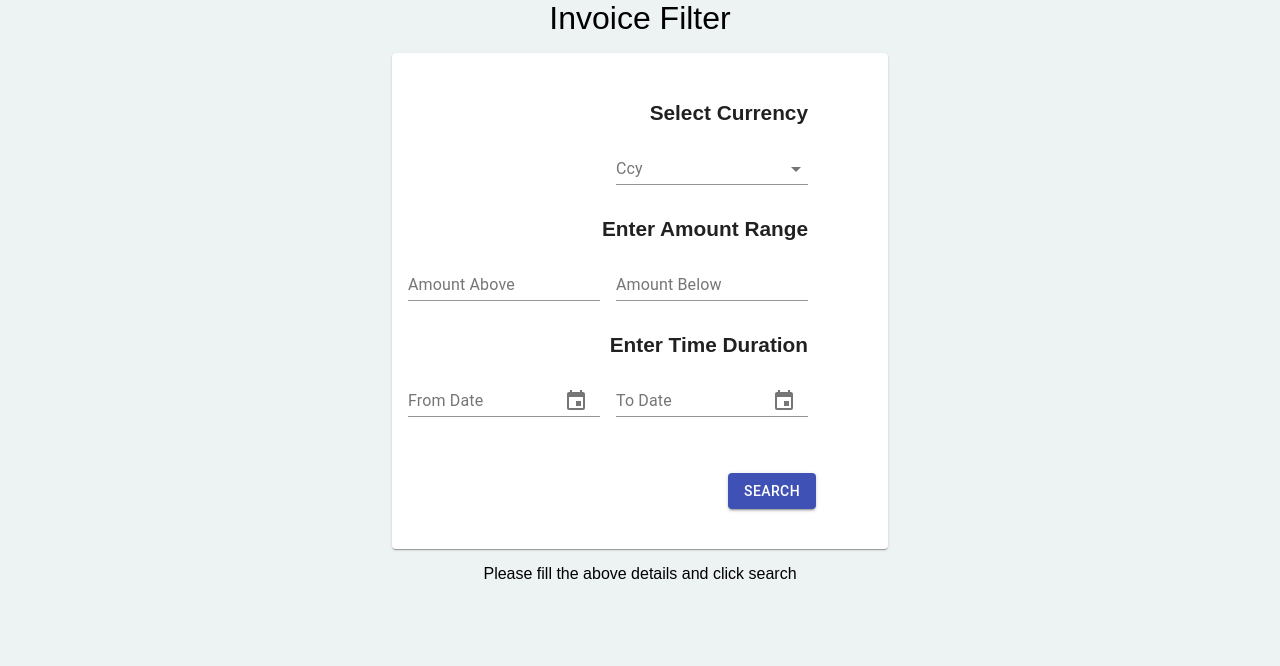
Repository: AmanullaChishty/filter
Page: /
An editor plug-in stored every save of this project. The page is shown before and after the next save, followed by the edit.
The browser window is 1280 px wide. The pictures show the whole page.
The project was rebuilt for these pictures with package versions that can differ from the ones it lists, and the page was loaded fresh each time.

Above is the page before, as saved 2020-01-26 22:30:01.

### src/index.js
import React from 'react';
import ReactDOM from 'react-dom';

// Required for Redux store setup
import { Provider } from 'react-redux'
import configureStore from './store';

import './index.css';
import App from './App';
import registerServiceWorker from './registerServiceWorker';

ReactDOM.render(
  <Provider store={configureStore()}>
    <App />
  </Provider>,
  document.getElementById('root')
);
registerServiceWorker();

### src/store.js
import { createStore, applyMiddleware } from 'redux';
import thunk from 'redux-thunk';
import rootReducer from './reducers/rootReducer';

export default function configureStore(initialState={}) {
  return createStore(
    rootReducer,
    applyMiddleware(thunk)
  );
}

### src/App.js
import React, { Component } from 'react';
import './App.css';
import GridList from './gridList'
import SearchBar from './searchBar/components/searchBar';



/**
 * @class App
 * @extends {Component}
 */
class App extends Component {



  /**
   * @memberof App
   * @summary handles button click
   */


  render() {
    return (
      <div className="App">
        <span className="header">Invoice Filter</span>
        <SearchBar/>
        <div className='grid'>
        <GridList/>
        </div>

      </div>
    );
  }
}

export default App;

### src/reducers/rootReducer.js
import { combineReducers } from 'redux';
import searchReducer from '../searchBar/reducers/searchReducer'

export default combineReducers({
  searchReducer
});

### src/App.css
body{

  background-color: #edf2f2;
}
.App{
  text-align: center;
}
.header{
  font-size: 2em;
  font-weight: 500;
}
.grid{

  /* display: flex;
  width:100%;
  justify-content: center;
  align-items: center; */
}

### src/gridList.js
import React, { Component } from 'react';
import { connect } from 'react-redux';
import MUIDataTable from "mui-datatables";
import { getSearchCriteria, getSearchData } from './searchBar/selectors/searchSelectors';


const headers = [{ name: "invoice_id", label: "Invoice id", options: { filter: true, sort: true, } },{ name: "reference", label: "Reference", options: { filter: true, sort: true, } },
{ name: "maturity_date", label: "Maturity Date", options: { filter: true, sort: true, } },{ name: "invoice_amount", label: "Invoice Amount", options: { filter: true, sort: true, } },
{ name: "ccy", label: "CCY", options: { filter: true, sort: true, } },{ name: "buyer", label: "Buyer", options: { filter: true, sort: true, } },
{ name: "supplier", label: "Supplier", options: { filter: true, sort: true, } },{ name: "invoice_date", label: "Invoice Date", options: { filter: true, sort: true, } },]

const options = {
  filterType: "checkbox",
  responsive: "stacked",
}

class GridList extends Component {
  render() {
    const {result,seacrhedData} = this.props;

    if(seacrhedData){
      if(seacrhedData.startDate){
        let date=new Date(seacrhedData.startDate)
        let yyyy = date.getFullYear();
        let mm =date.getMonth()+1
        let dd=date.getDate();
        seacrhedData.startDate = dd+'/'+ mm +'/'+yyyy;

      }
      if(seacrhedData.endDate){
        let date=new Date(seacrhedData.endDate)
        let yyyy = date.getFullYear();
        let mm =date.getMonth()+1
        let dd=date.getDate();
        seacrhedData.endDate = dd+'/'+ mm +'/'+yyyy;

      }
    }
    const title=('Currency '+seacrhedData.ccy + ' Invoices with value between '+ seacrhedData.ccy+ ' '+ seacrhedData.lowerLimit +' - '+ seacrhedData.upperLimit +' maturing between '+seacrhedData.startDate+' and '+ seacrhedData.endDate)

    if(result.length>0){
      result.forEach(item=>{
        if(item.maturity_date){
          let date=new Date(item.maturity_date*1000)
          let yyyy = date.getFullYear();
          let mm =date.getMonth()+1
          let dd=date.getDate();
            item.maturity_date = dd+'/'+ mm +'/'+yyyy;

        }
      })
    }
    return (
     <div>
       {result.length>0?(<MUIDataTable
            title={title}
            data={result}
            columns={headers}
            options={options}
          />):'Please fill the above details and click search'}
     </div>
    );
  }
}


const mapStateToProps=state=> {
  return {
      result: getSearchData(state),
      seacrhedData:getSearchCriteria(state)
      };
}


export default connect(mapStateToProps)(GridList);

### src/searchBar/components/searchBar.js
import React, { Component, Fragment } from 'react';
import { connect } from 'react-redux';
import { bindActionCreators } from 'redux';
import { fetchData } from '../actions/fetchData';
import { search } from '../actions/searchAction';
import { getData, getSearchData } from '../selectors/searchSelectors';
import InputLabel from '@material-ui/core/InputLabel';
import MenuItem from '@material-ui/core/MenuItem';
import FormControl from '@material-ui/core/FormControl';
import Select from '@material-ui/core/Select';
import { Grid, Card, CardContent,CardActions, Input, Button, InputAdornment } from '@material-ui/core';
import DateFnsUtils from '@date-io/date-fns';
import { KeyboardDatePicker, MuiPickersUtilsProvider } from "@material-ui/pickers";
import 'date-fns';


class SearchBar extends Component {

  constructor(props){
    super(props);
    this.handleChange=this.handleChange.bind(this)
    this.setLowerLimit=this.setLowerLimit.bind(this)
    this.setUpperLimit=this.setUpperLimit.bind(this)
    this.setStartDate=this.setStartDate.bind(this)
    this.setEndDate=this.setEndDate.bind(this)
    this.submitSearch=this.submitSearch.bind(this)
    this.state = {
      ccy:'',
      lowerLimit:'',
      upperLimit:'',
      startDate:null,
      endDate:null,
      storeStartDate:null,
      storeEndDate:null

    }
  }

  componentDidMount() {

    }



  handleChange(event){
    let val = event.target.value
      this.setState({ccy:val})
  };

  setLowerLimit(event){
    let val = event.target.value
    this.setState({lowerLimit:val});
  }

  setUpperLimit(event){
    let val = event.target.value
    this.setState({upperLimit:val})

  }
  setStartDate(event){
    let val = Math.floor(event.getTime()/1000)
    this.setState({storeStartDate:val})
    this.setState({startDate:event})

  }

  setEndDate(event){
    let val = Math.floor(event.getTime()/1000)
    this.setState({storeEndDate:val})
    this.setState({endDate:event})

  }

  submitSearch(){
    const { fetchAllData,searchData } = this.props;
    fetchAllData();
    setTimeout(()=>{searchData(this.state)},100)

  }


  render() {
    const sectionGrid={ display: 'flex', justifyContent: 'end', alignItems: 'end', flexDirection: 'column', marginBottom: '2em' }
    const sectionLabel = { fontSize: '1.3em', fontWeight: 'bold', marginBottom: '-.2em' }
    const innerSection={ display: 'flex', justifyContent: 'center', alignItems: 'center', }
    const formControlStyle={ width: '12em', marginTop: '1em' }
    const formControlStyleLeft={ width: '12em', marginTop: '1em', marginLeft: '1em' }
    const {ccy,lowerLimit,upperLimit,startDate,endDate} = this.state

    return (
      <Grid style={{display:'flex',justifyContent:'center',alignItems:'center',flexDirection:'column'}}>
    <Card style={{maxWidth:400,width:'100%',padding:'2em 4em 2em 2em',margin:'1em 0'}}>
      <CardContent>
            <Grid style={sectionGrid}>
              <span style={sectionLabel}>Select Currency</span>
              <FormControl style={formControlStyle} >

                <InputLabel id="ccy">
                  Ccy
                </InputLabel>
                <Select
                  labelId="ccy"
                  id="simple-select"
                  value={ccy}
                  onChange={this.handleChange}>
                  <MenuItem value={'USD'}>USD</MenuItem>
                  <MenuItem value={'INR'}>INR</MenuItem>
                  <MenuItem value={'JPY'}>JPY</MenuItem>
                  <MenuItem value={'RYD'}>RYD</MenuItem>
                </Select>
              </FormControl>
            </Grid>

            <Grid style={sectionGrid}>
              <span style={sectionLabel}>Enter Amount Range</span>
              <Grid style={innerSection}>
                <FormControl style={formControlStyle} >

                  <InputLabel id="ccy">
                    Amount Above
                  </InputLabel>
                  <Input
                  type='number'
                  value={lowerLimit}
                  startAdornment={ccy!==''?(<InputAdornment position="start">{ccy}</InputAdornment>):null}
                  onChange={this.setLowerLimit}/>
                </FormControl>
                <FormControl style={formControlStyleLeft} >
                  <InputLabel id="ccy">
                    Amount Below
                  </InputLabel>
                  <Input
                  type='number'
                  value={upperLimit}
                  startAdornment={ccy!==''?(<InputAdornment position="start">{ccy}</InputAdornment>):null}
                  onChange={this.setUpperLimit} />
                </FormControl>
              </Grid>
            </Grid>

            <Grid style={sectionGrid}>
              <span style={sectionLabel}>Enter Time Duration</span>
              <Grid style={innerSection}>
                <FormControl style={formControlStyle} >
                  <Fragment>
                    <MuiPickersUtilsProvider utils={DateFnsUtils}>
                      <KeyboardDatePicker
                        label="From Date"
                        clearable
                        value={startDate}
                        placeholder="Select from date"
                        onChange={this.setStartDate}
                        format="dd/MM/yyyy"
                      />
                    </MuiPickersUtilsProvider>
                  </Fragment>
                </FormControl>
                <FormControl style={formControlStyleLeft} >
                <Fragment>
                    <MuiPickersUtilsProvider utils={DateFnsUtils}>
                      <KeyboardDatePicker
                        label="To Date"
                        clearable
                        value={endDate}
                        placeholder="Select end date"
                        onChange={this.setEndDate}
                        format="dd/MM/yyyy"
                      />
                    </MuiPickersUtilsProvider>
                  </Fragment>
                </FormControl>
              </Grid>
            </Grid>

      </CardContent>
      <CardActions style={{float:'right'}}>
        <Button variant="contained" color="primary" onClick={this.submitSearch}>
          Search
        </Button>
      </CardActions>
      </Card>
    </Grid>
    );
  }
}


const mapStateToProps=state=> {
    return {
        value: getSearchData(state),
        content:getData(state)
        };
  }

const mapDispatchToProps = dispatch => bindActionCreators({
    searchData: search,
    fetchAllData:fetchData,
}, dispatch)


export default connect(mapStateToProps, mapDispatchToProps)(SearchBar);

### src/searchBar/reducers/searchReducer.js
import { SEARCH, SUCCESS } from '../actions/searchAction';

const initialState = {contents: [], value: '', serachedValue: []};

export default function searchReducer(state = initialState, action) {
  switch(action.type) {
    case SUCCESS: {
      const {contents} = action;
      return {
        ...state,
        contents:contents
      };
    }
    case SEARCH: {
      const {value} = action;
      let filteredData=[value]
      const serachedData = state.contents.filter((val) => filteredData.find(
        ({ccy,lowerLimit,upperLimit,storeStartDate,storeEndDate})=>(
          val.ccy === ccy && val.invoice_amount>lowerLimit && val.invoice_amount<upperLimit && val.maturity_date>storeStartDate && val.maturity_date<storeEndDate
          )
        ));

      return {
        ...state,
        value:value,
        serachedValue:serachedData
      };
    }
    default:
      return state;
  }
}

### src/searchBar/selectors/searchSelectors.js
import { createSelector } from 'reselect';

export const getSearchData = createSelector(
    state => state.searchReducer.serachedValue,
    serachedValue => serachedValue
)

export const getSearchCriteria = createSelector(
    state => state.searchReducer.value,
    value => value
)

export const getData = createSelector(
    state => state.searchReducer.contents,
    contents=>contents
)

### src/searchBar/actions/fetchData.js
import { getData } from "./searchAction";

//https://my.api.mockaroo.com/tallydata.json?key=1e3baa20
function fetchData() {
    return dispatch => {
        fetch('data.json')
        .then(res => res.json())
        .then(res => {
            if(res.error) {
                throw(res.error);
            }
            dispatch(getData(res));

            return res;
        })
        .catch(error => {
            alert(error);
        })
    }
}

export { fetchData };

### src/searchBar/actions/searchAction.js
export const SEARCH = 'SEARCH';
export const SUCCESS = 'SUCCESS'

export function search(value) {
  return {
      type: SEARCH,
      value:value
    };
}

export function getData(res) {
  return {
      type: SUCCESS,
      contents:res
    };
}

Loaded but not shown: public/index.html (common file); src/index.css (common file); src/registerServiceWorker.js (common file)

After the next save:
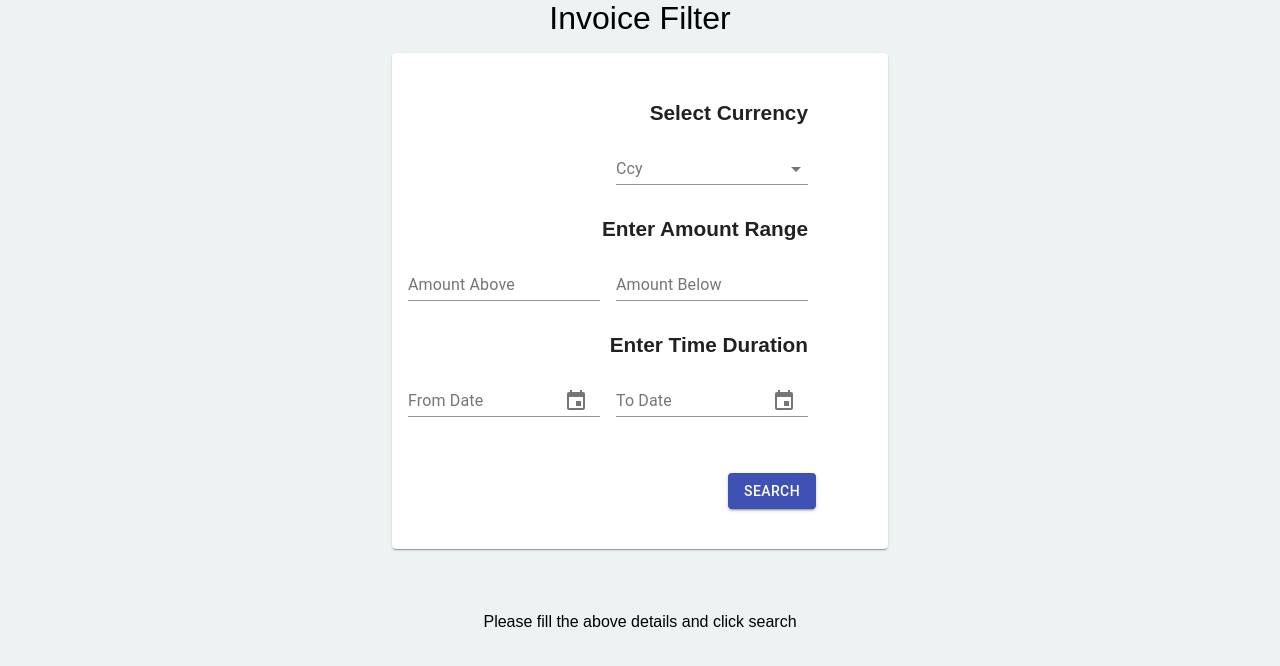
Saved 14 s later.
--- a/src/App.css
+++ b/src/App.css
@@ -10,7 +10,7 @@ body{
   font-weight: 500;
 }
 .grid{
-
+  padding: 3em;
   /* display: flex;
   width:100%;
   justify-content: center;
